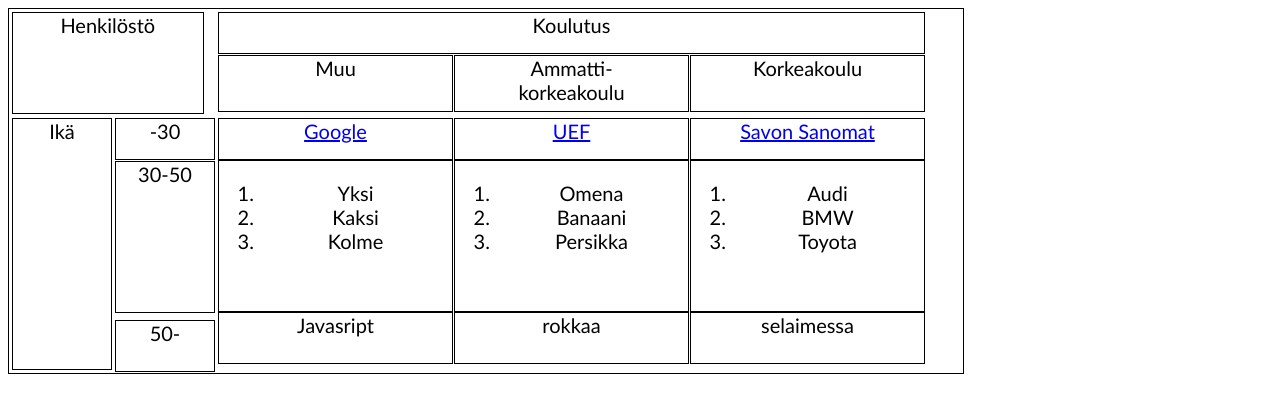
Repository: Niina-Maria/tehtavat-12-17-Niina-Maria2
Page: teht14.html
The author's editor kept a copy of each file at every save. The page is drawn from the files as they stood at one save, then again after the next save.
The browser window is 1280 px wide. The pictures show the whole page.

Above is the page before, as saved 2024-11-18 15:46:33.

### teht14.html
<!DOCTYPE html>
<html>
    <head><link rel="stylesheet" href="teht14.css"></head>
    <body>
        <div class="grid-container">

                <div class="header">Henkilöstö</div>
                <div class="header2">Koulutus</div>

                <div class="main">Muu</div>
                <div class="main2">Ammatti-<br>korkeakoulu</div>
                <div class="main3">Korkeakoulu</div>


                <div class="navMain">Ikä</div>
                <div class="navMain2">-30</div>
                <div class="navMain3">30-50</div>
                <div class="navMain4">50-</div>

                <div>
                <div class="main4"><a href="www.google.com">Google</a></div>
                <div class="main7">
                    <ol>
                        <li>Yksi</li>
                        <li>Kaksi</li>
                        <li>Kolme</li>
                    </ol>
                </div>
                <div class="footer">Javasript</div>
                </div>

                <div>
                <div class="main5"><a href="https://www.uef.fi/fi">UEF</a></div>
                <div class="main8">
                    <ol>
                    <li>Omena</li>
                    <li>Banaani</li>
                    <li>Persikka</li>
                </ol>
                </div>
                <div class="footer2">rokkaa</div>
            </div>
            <div>

                <div class="main6"><a href="https://www.savonsanomat.fi/">Savon Sanomat</a></div>
                <div class="main9">
                    <ol>
                        <li>Audi</li>
                        <li>BMW</li>
                        <li>Toyota</li>
                    </ol>
                </div>
                <div class="footer3">selaimessa</div>
            </div>





             <!--    <div class="main7">
                    <ol>
                        <li>Yksi</li>
                        <li>Kaksi</li>
                        <li>Kolme</li>
                    </ol>
                </div> -->

               <!--  <div class="main8">
                    <ol>
                    <li>Omena</li>
                    <li>Banaani</li>
                    <li>Persikka</li>
                </ol>
                </div> -->


          <!--       <div class="main9">
                    <ol>
                        <li>Audi</li>
                        <li>BMW</li>
                        <li>Toyota</li>
                    </ol>
                </div> -->


                <!-- <div class="footer">Javasript</div> -->
                <!-- <div class="footer2">rokkaa</div> -->
                <!-- <div class="footer3">selaimessa</div>    -->
            </div>


        </body>
    </html>



            <!-- <tr>
                <tr>
                    <th rowspan="6">Ikä</th>
                    <th >-30</th>
                    <td><a href="www.google.com">Google</a></td>
                    <td><a href="https://www.uef.fi/fi">UEF</a></td>
                    <td><a href="https://www.savonsanomat.fi/">Savon Sanomat</a></td>
                </tr>
                <tr>
                    <th>30-50</th>
                    <td>
                        <ol>
                            <li>Yksi</li>
                            <li>Kaksi</li>
                            <li>Kolme</li>
                        </ol>
                    </td>
                    <td>
                        <ol>
                            <li>Omena</li>
                            <li>Banaani</li>
                            <li>Persikka</li>
                        </ol>
                    </td>
                    <td>
                        <ol>
                            <li>Audi</li>
                            <li>BMW</li>
                            <li>Toyota</li>
                    </ol>
                    </td>
                </tr>

                <tr>
                    <th>50-</th>
                    <td style="font-size:30px; "><strong><em>Javascript</em></strong></td>
                    <td style="font-size:30px; "><strong><em>rokkaa</em></strong></td>
                    <td style="font-size:30px; "><strong><em>selaimessa</em></strong></td>
                </tr>
            </tr> -->

### teht14.css

.grid-container{
    display: grid;
    width: 75%;
    grid-template-columns: 100px 100px 233px 233px 233px;
    grid-template-areas:
    "header header header2 header2 header2"
    "header header main main2 main3"
    "navMain navMain2 main4 main5 main6"
    "navMain navMain3 main7 main8 main9"
    "navMain navMain3 main7 main8 main9"
    "navMain navMain3 main7 main8 main9"
    "navMain navMain4 footer footer2 footer3";
    grid-template-rows: 40px 60px 40px 50px 50px 50px 50px;
    grid-gap: 3px;
    border-width: 1px;
    border-style: solid;
    border: auto 1px solid;
    padding: 3px;
    }

.grid-container {
    display: grid;
}
.grid-container > div {
    text-align: center;
    font-size: 20px;
    grid-gap: 3px;
}

.header {
    grid-area: header;
    grid-column: 1/span2;
    grid-row: 1/span 2;
    border-width: 1px;
    border-style: solid;
    font-size: 20px;
    font-family: 'Gill Sans', 'Gill Sans MT', Calibri, 'Trebuchet MS', sans-serif;
    font-style: bold;
    text-align: center;
    height: 100px;
    width: 20%;
    }

.header2 {
    grid-area: header2;
    grid-column: 3/span 3;
    grid-row: 1/span 1;
    font-size: 20px;
    font-family: 'Gill Sans', 'Gill Sans MT', Calibri, 'Trebuchet MS', sans-serif;
    font-style: bold;
    text-align: center;
    border-width: 1px;
    border-style: solid;
    width: 100%;
    height: 40px;
    }

.navMain{
    grid-area: navMain;
    grid-column: 1;
    grid-row: 3/span 4;
    font-size: 20px;
    font-family: 'Gill Sans', 'Gill Sans MT', Calibri, 'Trebuchet MS', sans-serif;
    font-style: bold;
    text-align: center;
    width: 30%px;
    height: 250px;
    border-width: 1px;
    border-style: solid;
}

.navMain2 {
    grid-area: navMain2;
    grid-column: 2 ;
    grid-row: 3;
    font-size: 20px;
    font-family: 'Gill Sans', 'Gill Sans MT', Calibri, 'Trebuchet MS', sans-serif;
    font-style: bold;
    text-align: center;
    width: 98%;
    height: 40px;
    border-width: 1px;
    border-style: solid;
}


.main{
    grid-area: main;
    grid-column: 3;
    grid-row: 2;
    font-size: 20px;
    font-family: 'Gill Sans', 'Gill Sans MT', Calibri, 'Trebuchet MS', sans-serif;
    font-style: bold;
    text-align: center;
    border-width: 1px;
    border-style: solid;
    height: 55px;
    width: 233px;

}

.main2 {
    grid-area: main2;
    grid-column: 4;
    grid-row: 2;
    font-size: 20px;
    font-family: 'Gill Sans', 'Gill Sans MT', Calibri, 'Trebuchet MS', sans-serif;
    font-style: bold;
    text-align: center;
    border-width: 1px;
    border-style: solid;
    height: 55px;
    width: 233px;
}

.main3{
    grid-area: main3;
    grid-column: 5;
    grid-row: 2;
    font-size: 20px;
    font-family: 'Gill Sans', 'Gill Sans MT', Calibri, 'Trebuchet MS', sans-serif;
    font-style: bold;
    text-align: center;
    border-width: 1px;
    border-style: solid;
    height: 55px;
    width: 233px;
}



.main4 {
    grid-area: main4;
    grid-column: 3;
    grid-row: 3;
    font-size: 20px;
    font-family: 'Gill Sans', 'Gill Sans MT', Calibri, 'Trebuchet MS', sans-serif;
    font-style: bold;
    text-align: center;
    border-width: 1px;
    border-style: solid;
    height: 40px;
    width: 233px;
}

.main5{
    grid-area: main5;
    grid-column: 4;
    grid-row: 3;
    font-size: 20px;
    font-family: 'Gill Sans', 'Gill Sans MT', Calibri, 'Trebuchet MS', sans-serif;
    font-style: bold;
    text-align: center;
    border-width: 1px;
    border-style: solid;
    height: 40px;
    width: 233px;
}
.main6{
    grid-area: main6;
    grid-column: 5;
    grid-row: 3;
    font-size: 20px;
    font-family: 'Gill Sans', 'Gill Sans MT', Calibri, 'Trebuchet MS', sans-serif;
    font-style: bold;
    text-align: center;
    border-width: 1px;
    border-style: solid;
    height: 40px;
    width: 233px;
}


.navMain3 {
        grid-area: navMain3;
        grid-column: 2;
        grid-row: 4/span 3;
        font-size: 20px;
        font-family: 'Gill Sans', 'Gill Sans MT', Calibri, 'Trebuchet MS', sans-serif;
        font-style: bold;
        text-align: center;
        width: 98px;
        height: 150px;
        border-width: 1px;
        border-style: solid;
        gap: 3px;
    }

.main7{
        grid-area: main7;
        grid-column: 3;
        grid-row: 4/span 3;
        font-size: 20px;
        font-family: 'Gill Sans', 'Gill Sans MT', Calibri, 'Trebuchet MS', sans-serif;
        font-style: bold;
        text-align: center;
        border-width: 1px;
        border-style: solid;
        height: 150px;
        width: 233px;
    }

.main8{
        grid-area: main8;
        grid-column: 4;
        grid-row: 1/span 3;
        font-size: 20px;
        font-family: 'Gill Sans', 'Gill Sans MT', Calibri, 'Trebuchet MS', sans-serif;
        font-style: bold;
        text-align: center;
        border-width: 1px;
        border-style: solid;
        height: 150px;
        width: 233px;
    }


    .main9{
        grid-area: main9;
        grid-column: 5;
        grid-row: 4/span 3;
        font-size: 20px;
        font-family: 'Gill Sans', 'Gill Sans MT', Calibri, 'Trebuchet MS', sans-serif;
        font-style: bold;
        text-align: center;
        border-width: 1px;
        border-style: solid;
        height: 150px;
        width: 233px;
    }

    .navMain4 {
        grid-area: navMain4;
        grid-column: 2/span 1;
        grid-row: 7/span 1;
        font-size: 20px;
        font-family: 'Gill Sans', 'Gill Sans MT', Calibri, 'Trebuchet MS', sans-serif;
        font-style: bold;
        text-align: center;
        width: 98px;
        height: 50px;
        border-width: 1px;
        border-style: solid;
    }
    .footer {
        grid-area: footer;
        grid-column: 3;
        grid-row: 7/span 1;
        font-size: 20px;
        font-family: 'Gill Sans', 'Gill Sans MT', Calibri, 'Trebuchet MS', sans-serif;
        font-style: bold;
        text-align: center;
        width: 233px;
        height: 50px;
        border-width: 1px;
        border-style: solid;
    }

    .footer2 {
        grid-area: footer2;
        grid-column: 4;
        grid-row: 7/span 1;
        font-size: 20px;
        font-family: 'Gill Sans', 'Gill Sans MT', Calibri, 'Trebuchet MS', sans-serif;
        font-style: bold;
        text-align: center;
        width: 233px;
        height: 50px;
        border-width: 1px;
        border-style: solid;
    }

    .footer3 {
        grid-area: footer3;
        grid-column: 5;
        grid-row: 7/span 1;
        font-size: 20px;
        font-family: 'Gill Sans', 'Gill Sans MT', Calibri, 'Trebuchet MS', sans-serif;
        font-style: bold;
        text-align: center;
        width: 233px;
        height: 50px;
        border-width: 1px;
        border-style: solid;
    }

After the next save:
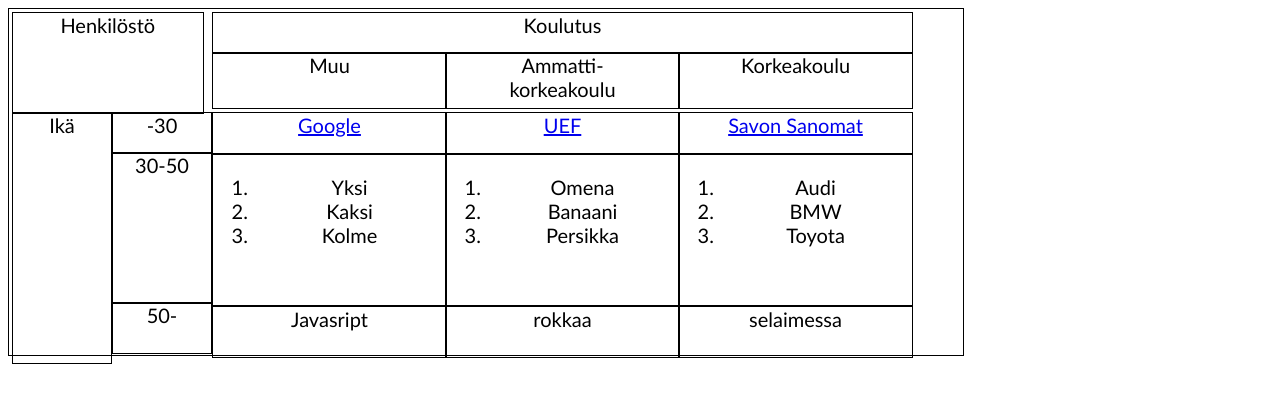
Saved 7 s later.
--- a/teht14.css
+++ b/teht14.css
@@ -12,7 +12,6 @@
     "navMain navMain3 main7 main8 main9"
     "navMain navMain4 footer footer2 footer3";
     grid-template-rows: 40px 60px 40px 50px 50px 50px 50px;
-    grid-gap: 3px;
     border-width: 1px;
     border-style: solid;
     border: auto 1px solid;

After the save that followed:
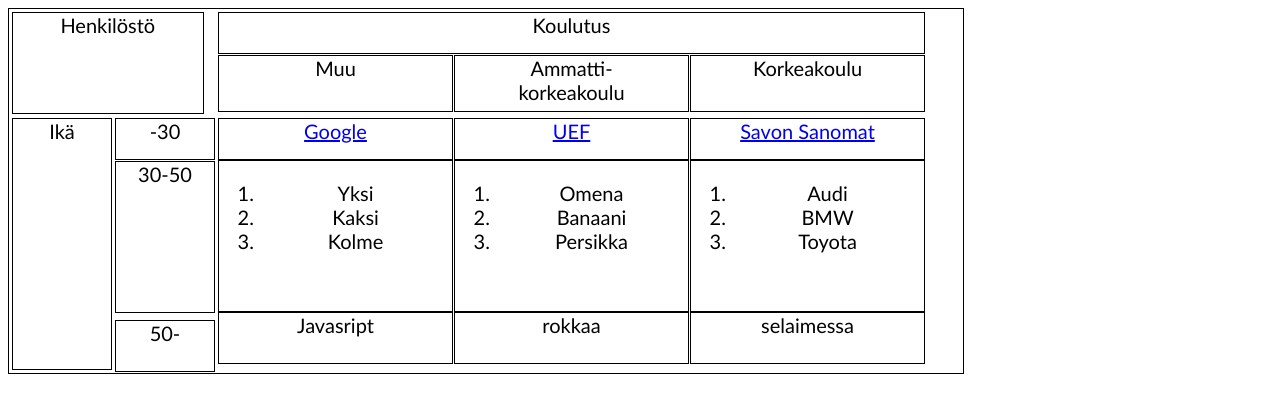
Saved 24 s later.
--- a/teht14.css
+++ b/teht14.css
@@ -12,6 +12,7 @@
     "navMain navMain3 main7 main8 main9"
     "navMain navMain4 footer footer2 footer3";
     grid-template-rows: 40px 60px 40px 50px 50px 50px 50px;
+    gap: 3px;
     border-width: 1px;
     border-style: solid;
     border: auto 1px solid;
